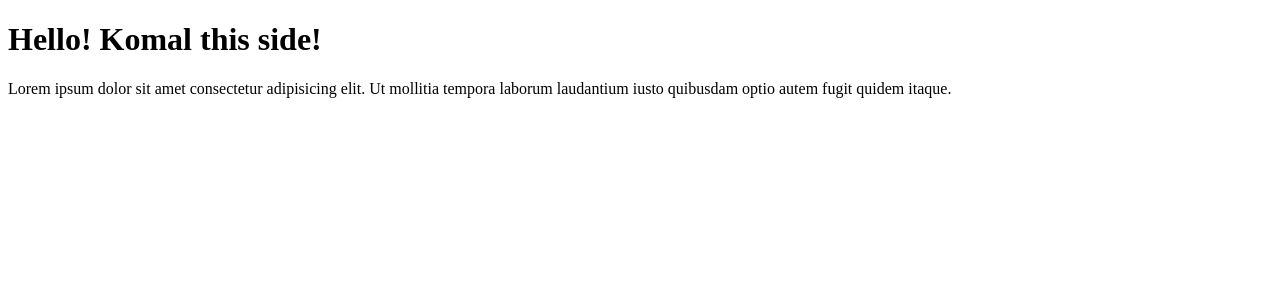
Repository: nihalani20/HTMLbyKG
Page: Projectlevel1/index.html
The author's editor kept a copy of each file at every save. The page is drawn from the files as they stood at one save, then again after a run of saves.
The browser window is 1280 px wide. The pictures show the whole page.

Above is the page before, as saved 2023-12-13 10:15:58.

After the next 5 saves:
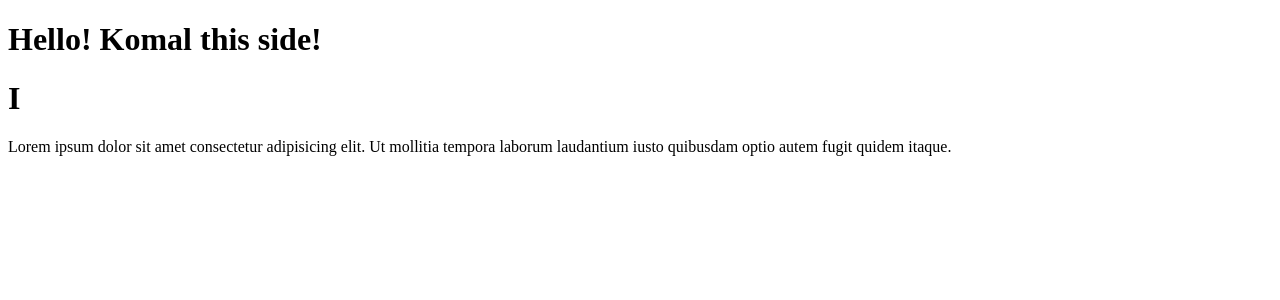
The 5 saves are shown as one change because they came seconds apart.
The last was saved 22 s later.
--- a/Projectlevel1/index.html
+++ b/Projectlevel1/index.html
@@ -9,6 +9,7 @@
 
     <!-- This is a Html tag -->
     <h1>Hello! Komal this side!</h1>
+    <h1>I</h1>
 
     <!-- Html tag is  Case Insensitive -->
     <P>Lorem ipsum dolor sit amet consectetur adipisicing elit. Ut mollitia tempora laborum laudantium iusto quibusdam optio autem fugit quidem itaque.</P>
